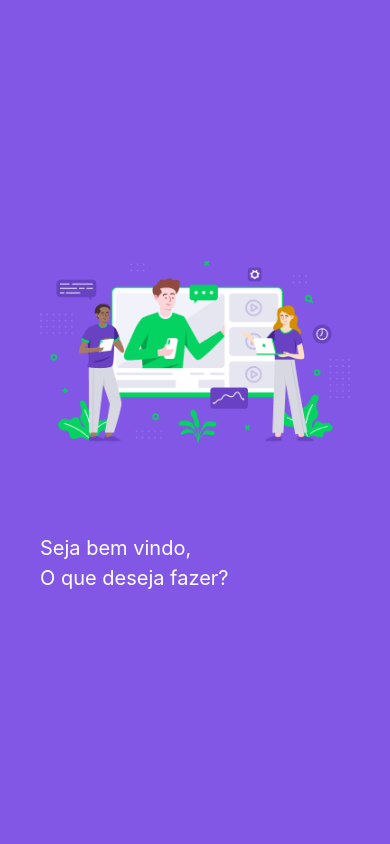
Repository: R4YC0NLima/Proffy_nlw
Screen: / (app in proffy_mobile/)
An editor plug-in stored every save of this project. The screen is shown before and after the next save, followed by the edit.
The app was drawn by React Native's web renderer in a window 390 px wide. The project was rebuilt for these pictures with package versions that can differ from the ones it lists, and the page was loaded fresh each time.

Above is the screen before, as saved 2020-08-12 08:51:15.

After the next save:
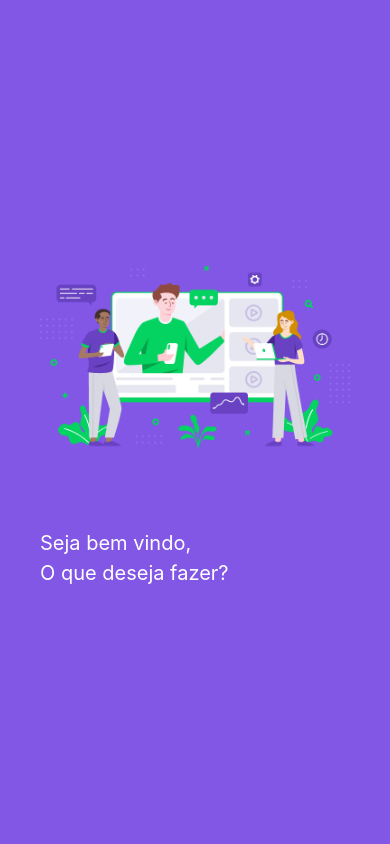
Saved 22 s later.
--- a/proffy_mobile/src/pages/Landing/styles.ts
+++ b/proffy_mobile/src/pages/Landing/styles.ts
@@ -15,7 +15,7 @@ const styles = StyleSheet.create({
     color: '#FFF',
     fontSize: 20,
     lineHeight: 30,
-    marginTop: 80,
+    marginTop: 70,
   },
   titleBold: {
     fontweight: 'bold',
